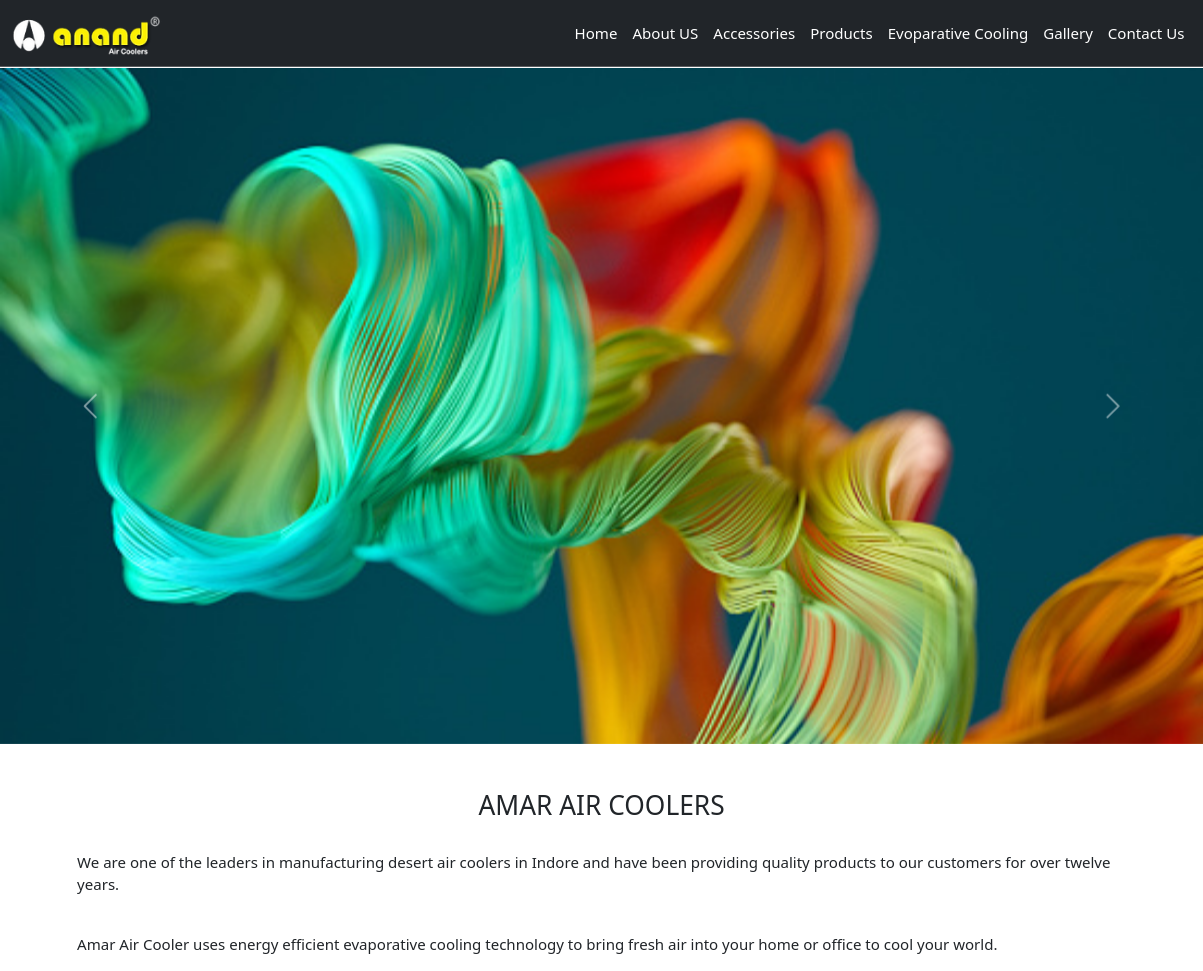
Repository: dhavalmaniyar/divakar
Page: http://localhost/
An editor plug-in stored every save of this project. The page is shown before and after the next save, followed by the edit.
The browser window is 1280 px wide. The pictures show the whole page, at 94% of full size.
The page is served by the project's application, run on Django 3.2 (divakar_app/manage.py). Other server files are loaded and not shown.

Above is the page before, as saved 2021-12-08 11:15:38.

### divakar_app/templates/index.html
{% extends "base.html" %}
{% load static %}
{%block body%}
<br><br><br>
<div id="carouselExampleInterval" class="carousel slide" data-bs-ride="carousel">
    <div class="carousel-inner">
      <div class="carousel-item active" data-bs-interval="2000">
        <img src="{%static '/images/landingpage.jpg'%}" class="d-block w-100" alt="">
      </div>
      <div class="carousel-item" data-bs-interval="2000">
        <img src="{%static '/images/landingpage.jpg'%}" class="d-block w-100" alt="">
      </div>
      <div class="carousel-item">
        <img src="{%static '/images/landingpage.jpg'%}" class="d-block w-100" alt="">
      </div>
    </div>
    <button class="carousel-control-prev" type="button" data-bs-target="#carouselExampleInterval" data-bs-slide="prev">
      <span class="carousel-control-prev-icon" aria-hidden="true"></span>
      <span class="visually-hidden">Previous</span>
    </button>
    <button class="carousel-control-next" type="button" data-bs-target="#carouselExampleInterval" data-bs-slide="next">
      <span class="carousel-control-next-icon" aria-hidden="true"></span>
      <span class="visually-hidden">Next</span>
    </button>
  </div>
  <br><br>
  <h3 class="text-center">AMAR AIR COOLERS</h3><br>
  <div class="container">
      <p>
        We are one of the leaders in manufacturing desert air coolers in Indore and have
        been providing quality products to our customers for over twelve years.

    </p><br>
    <p>
        Amar Air Cooler uses energy efficient evaporative cooling technology to bring fresh
        air into your home or office to cool your world.

    </p>
</div>
{%endblock body%}

### divakar_app/templates/base.html
{% load static %}
<!DOCTYPE html>
<html lang="en">

<head>
    <meta charset="UTF-8">
    <meta http-equiv="X-UA-Compatible" content="IE=edge">
    <meta name="viewport" content="width=device-width, initial-scale=1.0">
    <link rel="stylesheet" href="{%static '/css/bootstrap.css'%}">
    <script src="{%static '/js/bootstrap.js'%}"></script>
    <script src="https://ajax.googleapis.com/ajax/libs/jquery/3.5.1/jquery.min.js"></script>
    <title>Amar Coolers</title>
</head>
<style>
 .navbar{
     position: absolute;
     right: 0;
     left: 0;
     top: 0;
     z-index: 100;
      }
</style>

<body>
    <nav class="navbar navbar-expand-lg navbar-dark bg-dark">
        <div class="container-fluid">
            <a class="navbar-brand" href="#">
                <img src="{%static '/images/logo.webp'%}" alt="" width="100%" height="44"
                    class="d-inline-block align-text-top">
            </a>
            <button class="navbar-toggler" type="button" data-bs-toggle="collapse" data-bs-target="#navbarNavAltMarkup"
                aria-controls="navbarNavAltMarkup" aria-expanded="false" aria-label="Toggle navigation">
                <span class="navbar-toggler-icon"></span>
            </button>
            <div class="collapse navbar-collapse justify-content-end" id="navbarNavAltMarkup">
                <div class="navbar-nav">
                    <a class="nav-link active" href="#">Home</a>
                    <a class="nav-link active" href="#">About US</a>
                    <a class="nav-link active" href="#">Accessories</a>
                    <a class="nav-link active" href="#">Products</a>
                    <a class="nav-link active" href="#">Evoparative Cooling</a>
                    <a class="nav-link active" href="#">Gallery</a>
                    <a class="nav-link active" href="#">Contact Us</a>
                </div>
            </div>
        </div>
    </nav>
    {% block body %}

    {% endblock body %}
</body>

</html>

### divakar_app/divakar_app/urls.py
"""divakar_app URL Configuration

The `urlpatterns` list routes URLs to views. For more information please see:
    https://docs.djangoproject.com/en/3.1/topics/http/urls/
Examples:
Function views
    1. Add an import:  from my_app import views
    2. Add a URL to urlpatterns:  path('', views.home, name='home')
Class-based views
    1. Add an import:  from other_app.views import Home
    2. Add a URL to urlpatterns:  path('', Home.as_view(), name='home')
Including another URLconf
    1. Import the include() function: from django.urls import include, path
    2. Add a URL to urlpatterns:  path('blog/', include('blog.urls'))
"""
from django.contrib import admin
from django.urls import path
from django.urls.conf import include

urlpatterns = [
    path('',include('amar_coolers.urls')),
    path('admin/', admin.site.urls),
]

### divakar_app/amar_coolers/urls.py
from django.contrib import admin
from django.urls import path
from . import views
urlpatterns = [
    path('',views.index,name='index'),
]

Loaded but not shown: divakar_app/amar_coolers/views.py (common file); divakar_app/static/css/bootstrap.css (library); divakar_app/static/js/bootstrap.js (library)

After the next save:
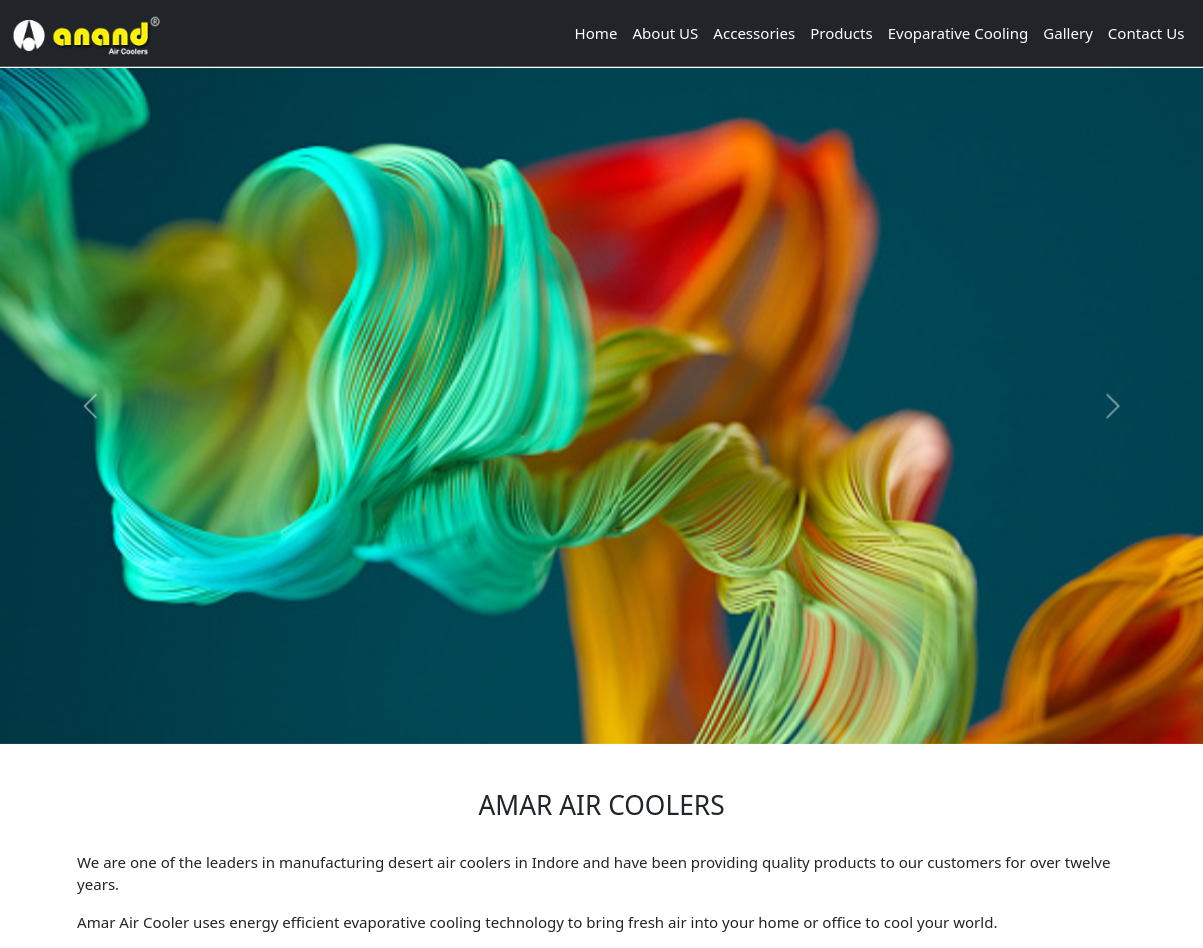
Saved 23 s later.
--- a/divakar_app/templates/index.html
+++ b/divakar_app/templates/index.html
@@ -30,7 +30,7 @@
         We are one of the leaders in manufacturing desert air coolers in Indore and have
         been providing quality products to our customers for over twelve years.
 
-    </p><br>
+    </p>
     <p>
         Amar Air Cooler uses energy efficient evaporative cooling technology to bring fresh
         air into your home or office to cool your world.
